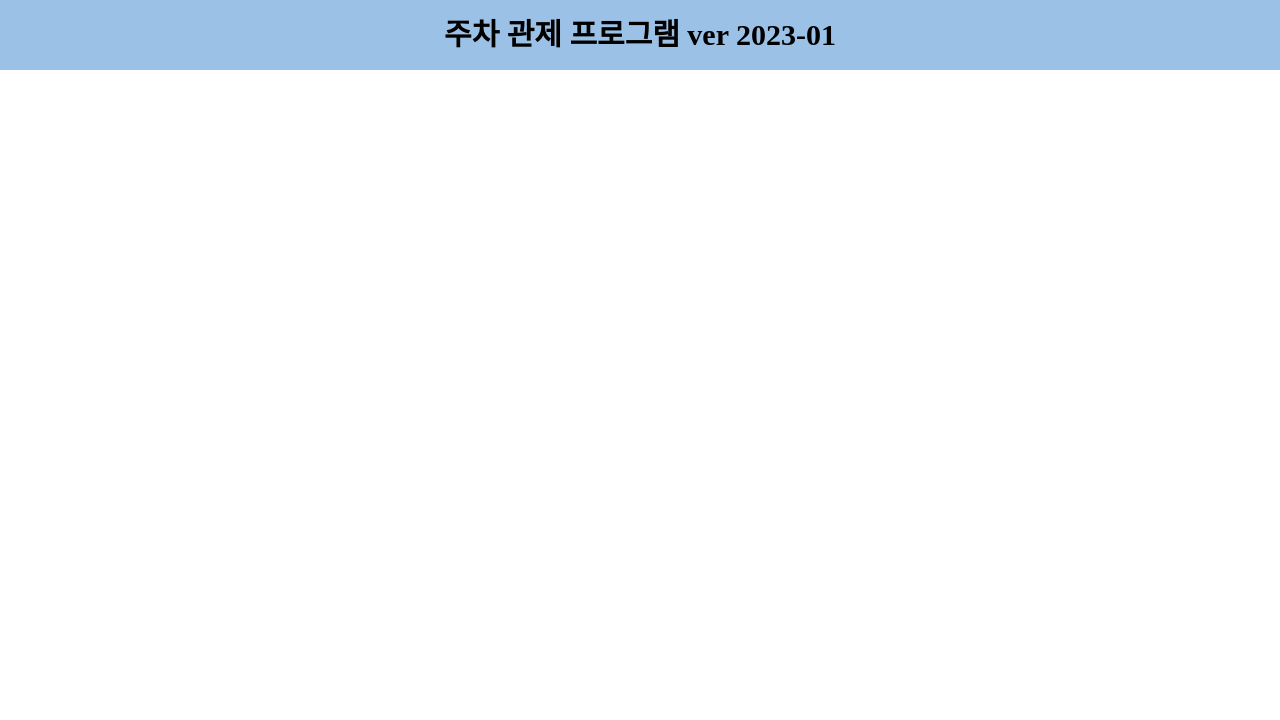
Repository: pcshoya/hrdkorea
Page: http://localhost/parking/footer.jsp
An editor plug-in stored every save of this project. The page is shown before and after the next save, followed by the edit.
The browser window is 1280 px wide. The pictures show the whole page.
The page is served by Tomcat 9.

Above is the page before, as saved 2025-03-24 02:57:06.

After the next save:
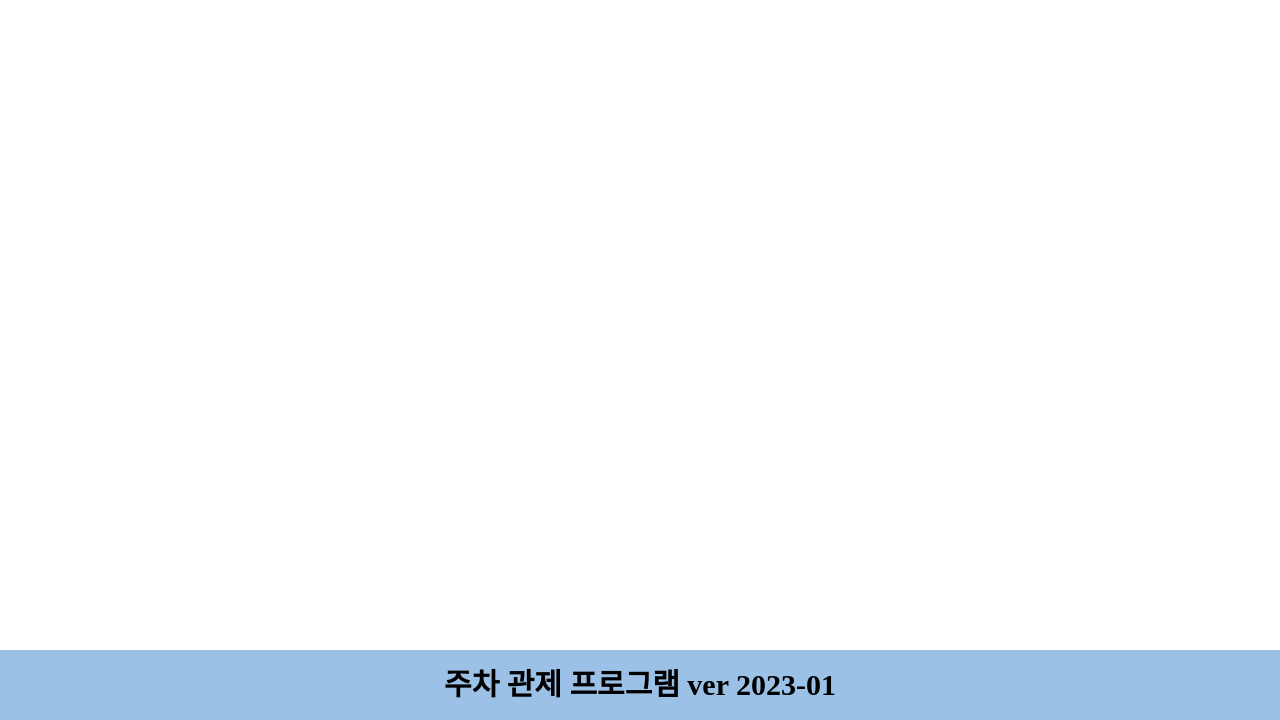
Saved 82 s later.
--- a/parking/src/main/webapp/footer.jsp
+++ b/parking/src/main/webapp/footer.jsp
@@ -7,7 +7,7 @@
 <title>Insert title here</title>
 </head>
 <body>
-<footer style="position:fixed;top:0px;left:0px;width:100%;height:70px;line-height:70px;text-align:center;background-color:#9BC2E6;font-size:30px"><b>주차 관제 프로그램 ver 2023-01</b>
+<footer style="position:fixed;bottom:0px;left:0px;width:100%;height:70px;line-height:70px;text-align:center;background-color:#9BC2E6;font-size:30px"><b>주차 관제 프로그램 ver 2023-01</b>
 </footer>
 </body>
 </html>
